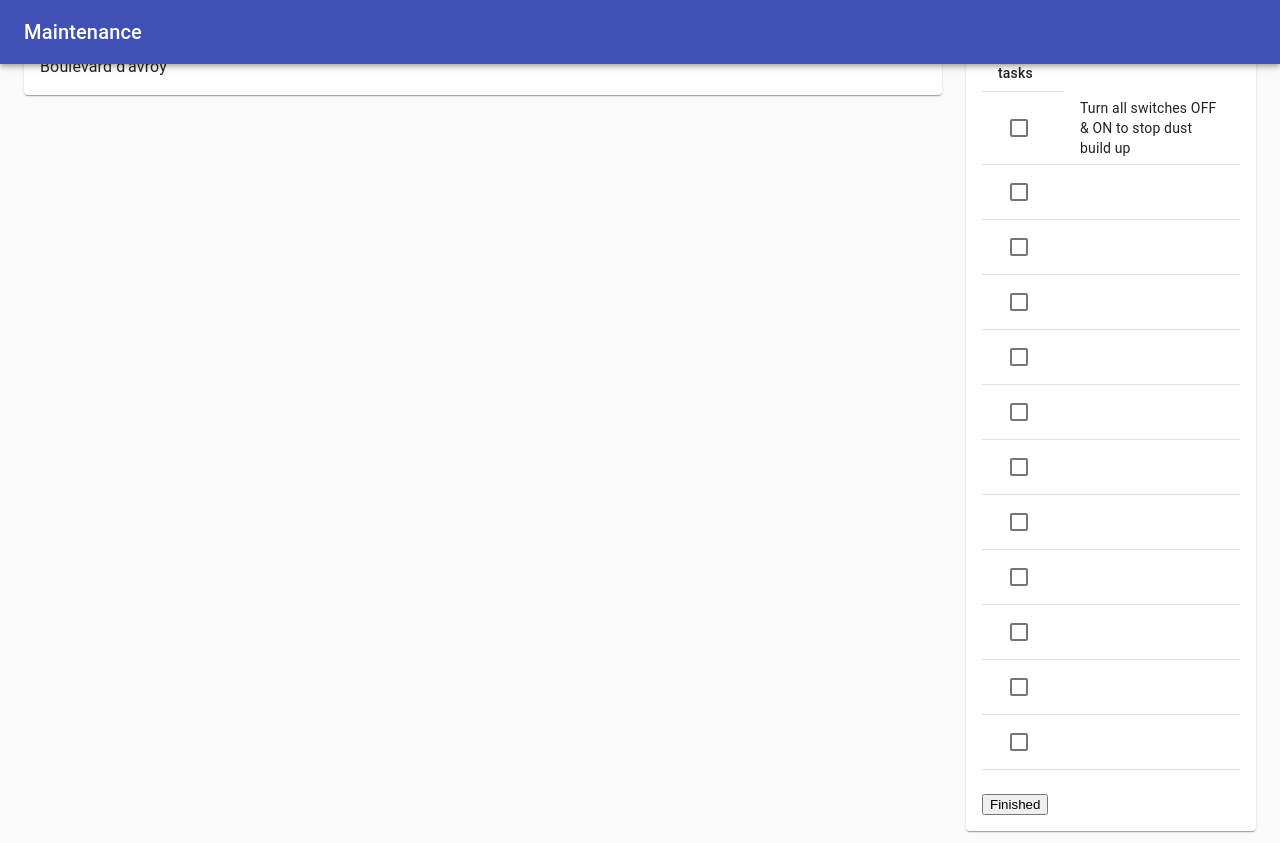
Repository: sapbrussels/intelligenthighway_webapp
Page: /Maintenance (app in router/)
An editor plug-in stored every save of this project. The page is shown before and after the next save, followed by the edit.
The browser window is 1280 px wide. The pictures show the whole page.
The project was rebuilt for these pictures with package versions that can differ from the ones it lists, and the page was loaded fresh each time. Also part of the build but not shown: router/src/App.css, router/src/Login.js, router/src/Maps.js, router/src/Jobspage.js.

Above is the page before, as saved 2020-03-26 15:46:29.

After the next save:
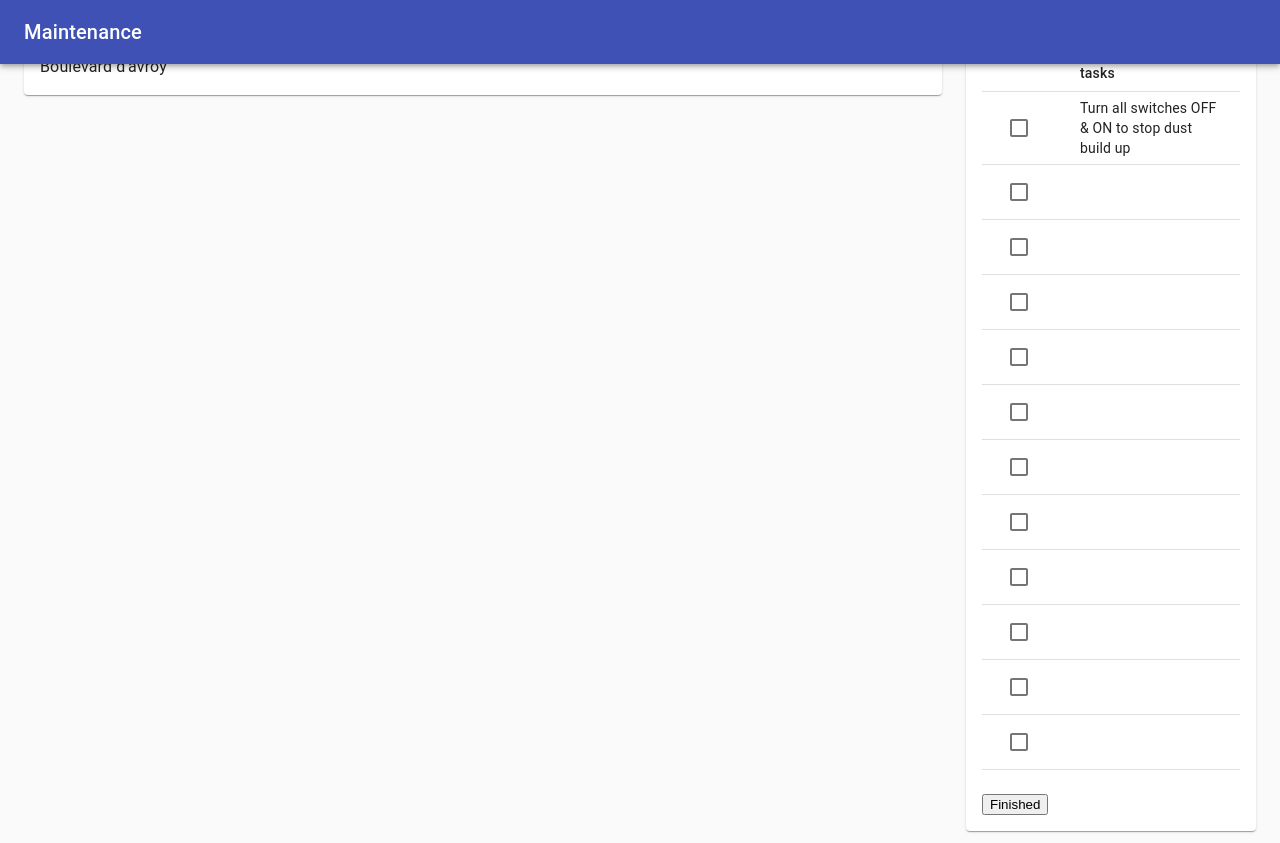
Saved 41 s later.
--- a/router/src/Checklist.js
+++ b/router/src/Checklist.js
@@ -45,7 +45,9 @@
       <Table size="small">
         <TableHead>
           <TableRow>
+            <TableCell></TableCell>
             <TableCell>tasks</TableCell>
+
           </TableRow>
         </TableHead>
         <TableBody>
